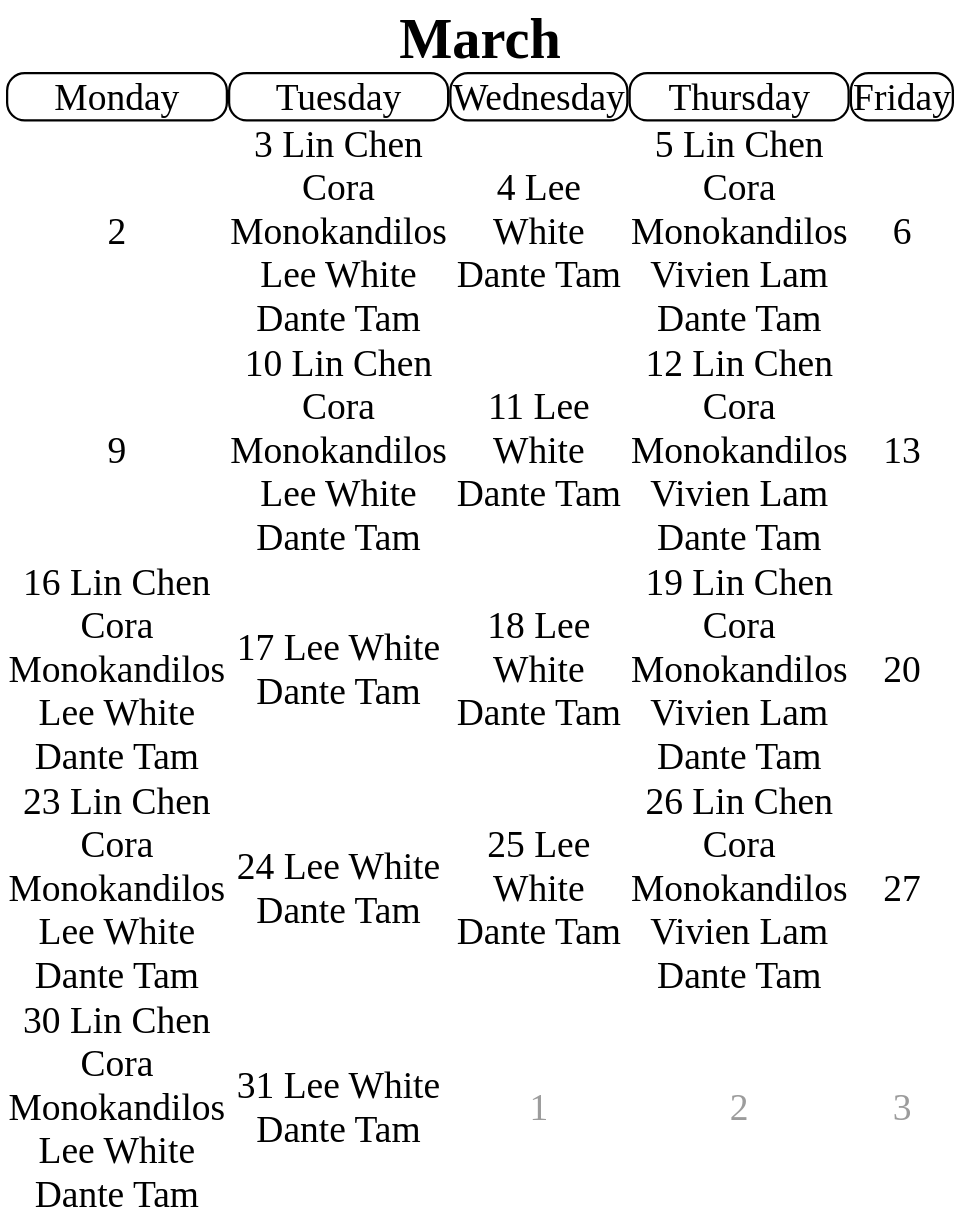
Repository: shleewhite/missionBitCalendar
Page: views/mar.html
The author's editor kept a record of every edit. The page is drawn from the files as they stood at one moment, then again after the next edit.
The browser window is 1280 px wide. The pictures show the whole page, at 75% of full size.

Above is the page before.

### views/mar.html
<article id="mar">
<html>
    <link rel="stylesheet" type="text/css" href="main.css">
    <head></head>
    <body>
        <table id="monthTable">
                <th class="monthHeader" colspan="5">March</th>
            <tr>
                <td class="weekday">Monday</td>
                <td class="weekday">Tuesday</td>
                <td class="weekday">Wednesday</td>
                <td class="weekday">Thursday</td>
                <td class="weekday">Friday</td>
            </tr>
            <tr>
                <td>2</td>
                <td>3 Lin Chen<br>Cora Monokandilos<br>Lee White<br>Dante Tam</td>
                <td>4 Lee White<br>Dante Tam</td>
                <td>5 Lin Chen<br>Cora Monokandilos<br>Vivien Lam<br>Dante Tam</td>
                <td>6</td>
            </tr>
            <tr>
                <td>9</td>
                <td>10 Lin Chen<br>Cora Monokandilos<br>Lee White<br>Dante Tam</td>
                <td>11 Lee White<br>Dante Tam</td>
                <td>12 Lin Chen<br>Cora Monokandilos<br>Vivien Lam<br>Dante Tam</td>
                <td>13</td>
            </tr>
            <tr>
                <td>16 Lin Chen<br>Cora Monokandilos<br>Lee White<br>Dante Tam</td>
                <td>17 Lee White<br>Dante Tam</td>
                <td>18 Lee White<br>Dante Tam</td>
                <td>19 Lin Chen<br>Cora Monokandilos<br>Vivien Lam<br>Dante Tam</td>
                <td>20</td>
            </tr>
            <tr>
                <td>23 Lin Chen<br>Cora Monokandilos<br>Lee White<br>Dante Tam</td>
                <td>24 Lee White<br>Dante Tam</td>
                <td>25 Lee White<br>Dante Tam</td>
                <td>26 Lin Chen<br>Cora Monokandilos<br>Vivien Lam<br>Dante Tam</td>
                <td>27</td>
            </tr>
            <tr>
                <td>30 Lin Chen<br>Cora Monokandilos<br>Lee White<br>Dante Tam</td>
                <td>31 Lee White<br>Dante Tam</td>
                <td class="nextMonth">1</td>
                <td class="nextMonth">2</td>
                <td class="nextMonth">3</td>
            </tr>
        </table>
    </body>
</html>

### views/main.css
table {
    text-align: center;
    font-size: 50px;
    width: 100%;
    height: 700px;
    border-spacing: 50px 20px;

}
table th {
    text-align: center;
}
#year{
    /*font-family: 'Lobster', cursive;*/
    font-size: 100px;
}
.month{
    border-collapse: separate;
    border-color: #000000;
    border-radius: 25px;
    border-style: double;

    border-top-width: 15px;
    border-bottom-width: 15px;
    border-left-width: 15px;
    border-right-width: 15px;
    cursor: pointer;
}
.monthHeader {
    font-size: 75px;
    border-style: none;
}
.weekday {
    font-size: 50px;
    border-style: solid;
    border-radius: 25px;
}
#monthTable {
    border-spacing: 0px;
    border-color: #000000;
    border-radius: 25px;
    cursor: pointer;
    padding: 0px;
}
.days {
    font-size: 20px;
    text-align: left;
    border-style: double;
}
.noOne {
    text-align: center;
}
.nextMonth {
    color: #9C9C9C;
}

After the next edit:
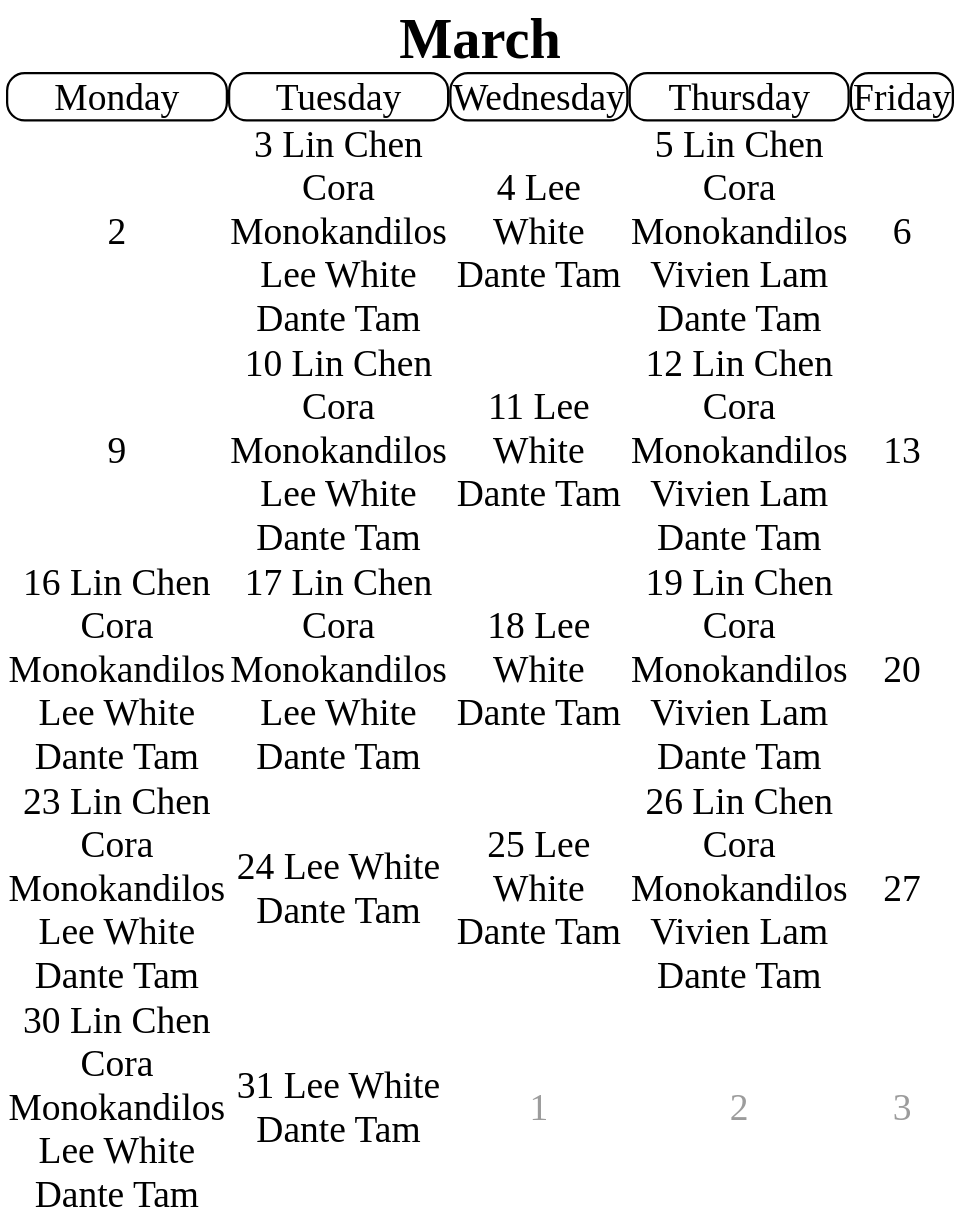
The edit:
--- a/views/mar.html
+++ b/views/mar.html
@@ -28,7 +28,7 @@
             </tr>
             <tr>
                 <td>16 Lin Chen<br>Cora Monokandilos<br>Lee White<br>Dante Tam</td>
-                <td>17 Lee White<br>Dante Tam</td>
+                <td>17 Lin Chen<br>Cora Monokandilos<br>Lee White<br>Dante Tam</td>
                 <td>18 Lee White<br>Dante Tam</td>
                 <td>19 Lin Chen<br>Cora Monokandilos<br>Vivien Lam<br>Dante Tam</td>
                 <td>20</td>
